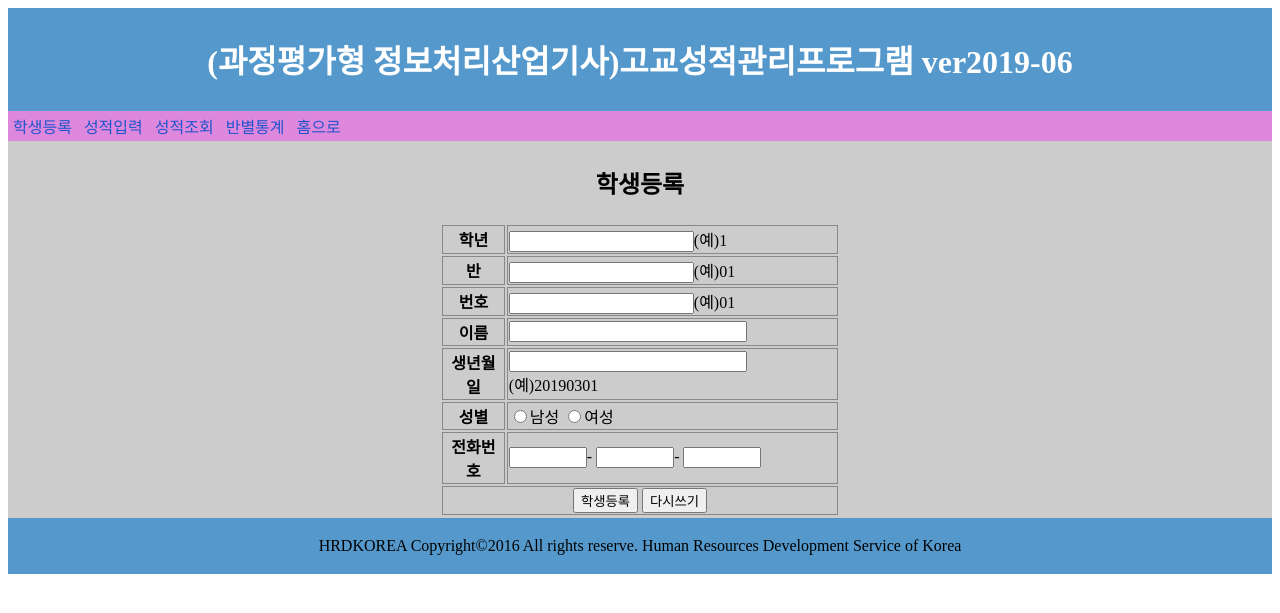
Repository: bolbbal/jdbc
Page: http://localhost/cbq_99/sub1.jsp
The author's editor kept a copy of each file at every save. The page is drawn from the files as they stood at one save, then again after the next save.
The browser window is 1280 px wide. The pictures show the whole page.
The page is served by Tomcat 9.

Above is the page before, as saved 2024-08-26 07:53:28.

After the next save:
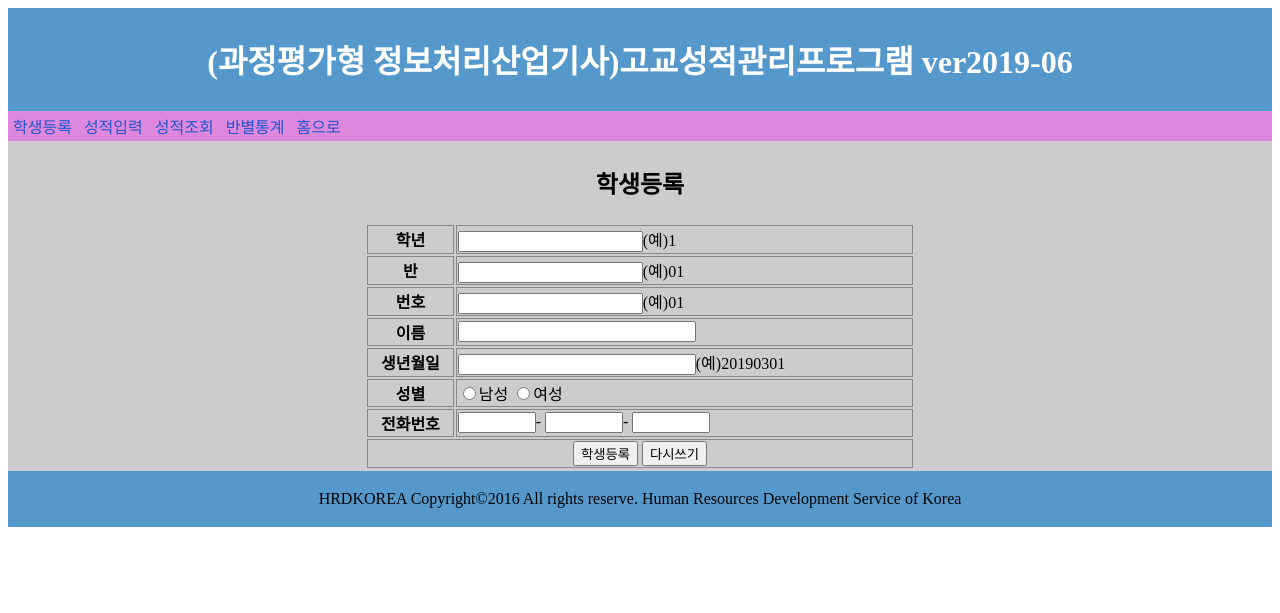
Saved 8 s later.
--- a/javastudy18/jspStudy/cbq_99/cbq_99/WebContent/sub1.jsp
+++ b/javastudy18/jspStudy/cbq_99/cbq_99/WebContent/sub1.jsp
@@ -61,7 +61,7 @@
 
 table {
 	margin: 0 auto;
-	width:400px;
+	width:550px;
 }
 </style>
 <script type="text/javascript">
